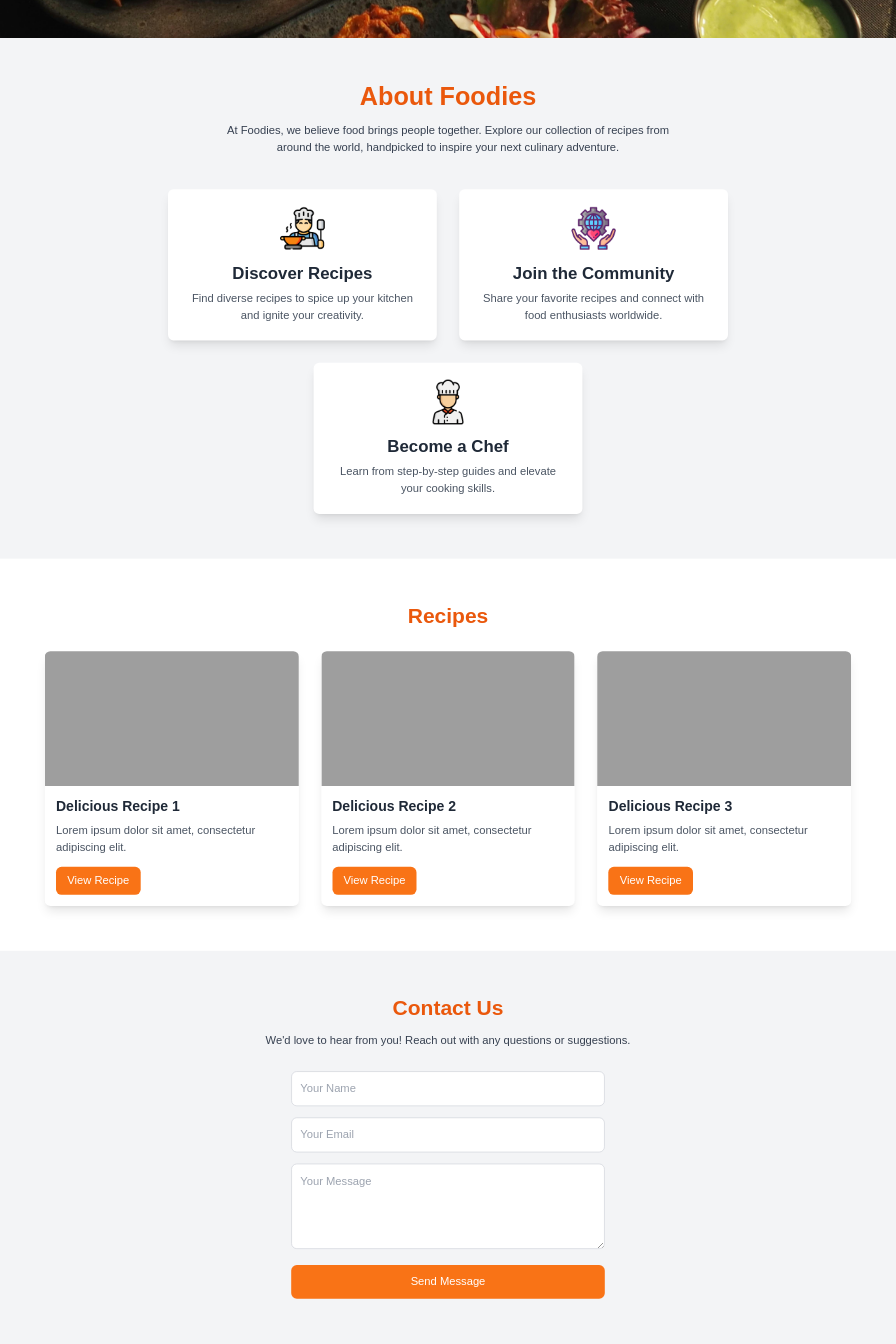
Repository: Ademaulana100499/foodies
Page: /Main
These files come from the project's save history. The page is drawn as it stood at one moment and after the next save; the edit follows.
The browser window is 1280 px wide. The pictures show the part of the page from y = 665 to 2585 px (the page is 2585 px tall before and 2537 px after), at 70% of full size.
Pictures or frames that could not be fetched are drawn as grey boxes. The project was rebuilt for these pictures with package versions that can differ from the ones it lists, and the page was loaded fresh each time. The framework's server and built-in components were replaced by stand-ins that run in the browser. Also part of the build but not shown: next.config.ts.

Above is the page before, as saved 2025-01-09 20:18:27.

### src/pages/_document.tsx
import { Html, Head, Main, NextScript } from "next/document";

export default function Document() {
  return (
    <Html lang="en" className="scroll-smooth">
      <Head />
      <body className="antialiased">
        <Main />
        <NextScript />
      </body>
    </Html>
  );
}

### src/pages/Main/index.tsx
import React from "react";
const MainPage = () => {
  return (
    <div>
      <section
        id="home"
        style={{ backgroundImage: "url('/assets/food-home.jpg')" }}
        className="bg-cover bg-center h-screen flex items-center justify-center"
      >
        <div className="text-center text-white bg-black bg-opacity-50 p-8 rounded-lg">
          <h1 className="text-4xl md:text-6xl font-bold">Welcome to Foodies</h1>
          <p className="mt-4 text-lg md:text-xl">
            Discover delicious recipes and culinary inspiration.
          </p>
          <a
            href="#recipes"
            className="mt-6 inline-block bg-orange-500 text-white px-6 py-3 rounded-lg text-lg font-semibold hover:bg-orange-600 transition duration-300"
          >
            Explore Recipes
          </a>
        </div>
      </section>
      <section id="about" className="bg-gray-100 py-16 px-8 md:px-16">
        <div className="text-center mb-12">
          <h2 className="text-4xl font-bold text-orange-600">About Foodies</h2>
          <p className="mt-4 text-gray-700 max-w-2xl mx-auto">
            At Foodies, we believe food brings people together. Explore our
            collection of recipes from around the world, handpicked to inspire
            your next culinary adventure.
          </p>
        </div>
        <div className="flex flex-wrap justify-center gap-8 text-center">
          <div className="bg-white p-6 rounded-lg shadow-lg  max-w-sm w-full transform hover:scale-105 transition-transform duration-300">
            <div className="flex justify-center mb-4">
              <img
                src="/assets/cooking-icon.png"
                alt="Cooking Icon"
                className="w-16 h-16"
              />
            </div>
            <h3 className="text-2xl font-semibold text-gray-800">
              Discover Recipes
            </h3>
            <p className="mt-2 text-gray-600">
              Find diverse recipes to spice up your kitchen and ignite your
              creativity.
            </p>
          </div>
          <div className="bg-white p-6 rounded-lg shadow-lg max-w-sm w-full transform hover:scale-105 transition-transform duration-300">
            <div className="flex justify-center mb-4">
              <img
                src="/assets/community-icon.png"
                alt="Community Icon"
                className="w-16 h-16"
              />
            </div>
            <h3 className="text-2xl font-semibold text-gray-800">
              Join the Community
            </h3>
            <p className="mt-2 text-gray-600">
              Share your favorite recipes and connect with food enthusiasts
              worldwide.
            </p>
          </div>
          <div className="bg-white p-6 rounded-lg shadow-lg max-w-sm w-full transform hover:scale-105 transition-transform duration-300">
            <div className="flex justify-center mb-4">
              <img
                src="/assets/chef-hat-icon.png"
                alt="Chef Hat Icon"
                className="w-16 h-16"
              />
            </div>
            <h3 className="text-2xl font-semibold text-gray-800">
              Become a Chef
            </h3>
            <p className="mt-2 text-gray-600">
              Learn from step-by-step guides and elevate your cooking skills.
            </p>
          </div>
        </div>
      </section>

      {/* Recipes Section */}
      <section id="recipes" className="py-16 px-8 md:px-16 bg-white">
        <h2 className="text-3xl font-bold text-center text-orange-600">
          Recipes
        </h2>
        <div className="grid grid-cols-1 md:grid-cols-3 gap-8 mt-8">
          {/* Recipe Card */}
          {[1, 2, 3].map((_, index) => (
            <div
              key={index}
              className="bg-white rounded-lg shadow-lg overflow-hidden hover:shadow-xl transform hover:scale-105 transition-transform duration-500"
            >
              <img
                src={`https://source.unsplash.com/400x300/?food&sig=${index}`}
                alt="Recipe"
                className="w-full h-48 object-cover"
              />
              <div className="p-4">
                <h3 className="text-xl font-semibold text-gray-800">
                  Delicious Recipe {index + 1}
                </h3>
                <p className="text-gray-600 mt-2">
                  Lorem ipsum dolor sit amet, consectetur adipiscing elit.
                </p>
                <a
                  href="#"
                  className="inline-block mt-4 bg-orange-500 text-white px-4 py-2 rounded-lg hover:bg-orange-600 transition duration-300"
                >
                  View Recipe
                </a>
              </div>
            </div>
          ))}
        </div>
      </section>

      {/* Contact Section */}
      <section
        id="contact"
        className="bg-gray-100 py-16 px-8 md:px-16 text-center"
      >
        <h2 className="text-3xl font-bold text-orange-600">Contact Us</h2>
        <p className="mt-4 text-gray-700">
          We'd love to hear from you! Reach out with any questions or
          suggestions.
        </p>
        <form className="mt-8 max-w-md mx-auto">
          <input
            type="text"
            placeholder="Your Name"
            className="w-full p-3 mb-4 border border-gray-300 rounded-lg focus:outline-none focus:ring-2 focus:ring-orange-500"
          />
          <input
            type="email"
            placeholder="Your Email"
            className="w-full p-3 mb-4 border border-gray-300 rounded-lg focus:outline-none focus:ring-2 focus:ring-orange-500"
          />
          <textarea
            placeholder="Your Message"
            rows="4"
            className="w-full p-3 mb-4 border border-gray-300 rounded-lg focus:outline-none focus:ring-2 focus:ring-orange-500"
          ></textarea>
          <button
            type="submit"
            className="w-full bg-orange-500 text-white py-3 rounded-lg hover:bg-orange-600 transition duration-300"
          >
            Send Message
          </button>
        </form>
      </section>
    </div>
  );
};

export default MainPage;

Loaded but not shown: src/pages/_app.tsx (common file); src/styles/globals.css (common file); tailwind.config.ts (common file)

After the next save:
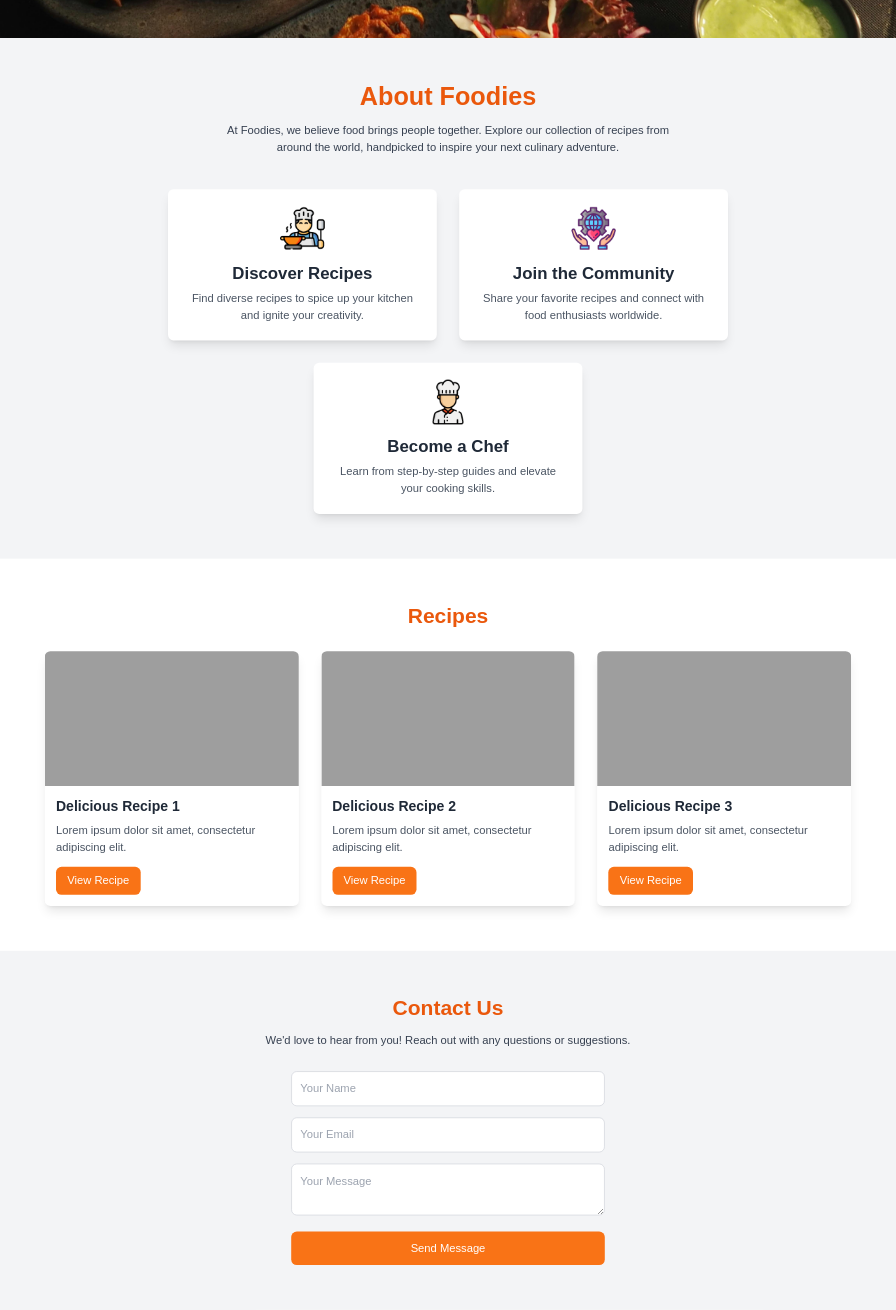
Saved 35 s later.
--- a/src/pages/Main/index.tsx
+++ b/src/pages/Main/index.tsx
@@ -79,14 +79,11 @@ const MainPage = () => {
           </div>
         </div>
       </section>
-
-      {/* Recipes Section */}
       <section id="recipes" className="py-16 px-8 md:px-16 bg-white">
         <h2 className="text-3xl font-bold text-center text-orange-600">
           Recipes
         </h2>
         <div className="grid grid-cols-1 md:grid-cols-3 gap-8 mt-8">
-          {/* Recipe Card */}
           {[1, 2, 3].map((_, index) => (
             <div
               key={index}
@@ -115,8 +112,6 @@ const MainPage = () => {
           ))}
         </div>
       </section>
-
-      {/* Contact Section */}
       <section
         id="contact"
         className="bg-gray-100 py-16 px-8 md:px-16 text-center"
@@ -139,7 +134,6 @@ const MainPage = () => {
           />
           <textarea
             placeholder="Your Message"
-            rows="4"
             className="w-full p-3 mb-4 border border-gray-300 rounded-lg focus:outline-none focus:ring-2 focus:ring-orange-500"
           ></textarea>
           <button
